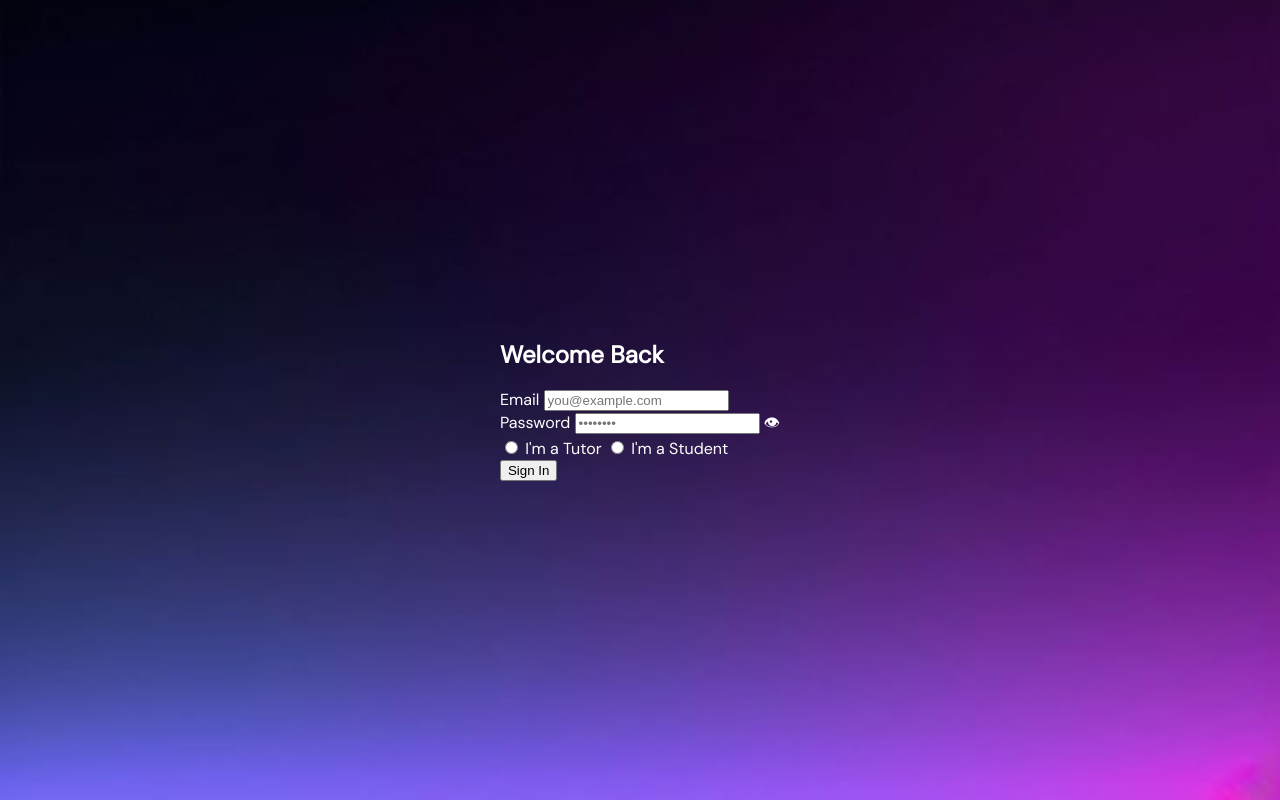
Repository: damndana/UIREN
Page: http://localhost/signin/
These files come from the project's save history. The page is drawn as it stood at one moment and after the next save; the edit follows.
The browser window is 1280 px wide. The pictures show the whole page.
The page is served by the project's application, run on Django 5.2 (manage.py).

Above is the page before, as saved 2025-03-28 23:17:43.

After the next save:
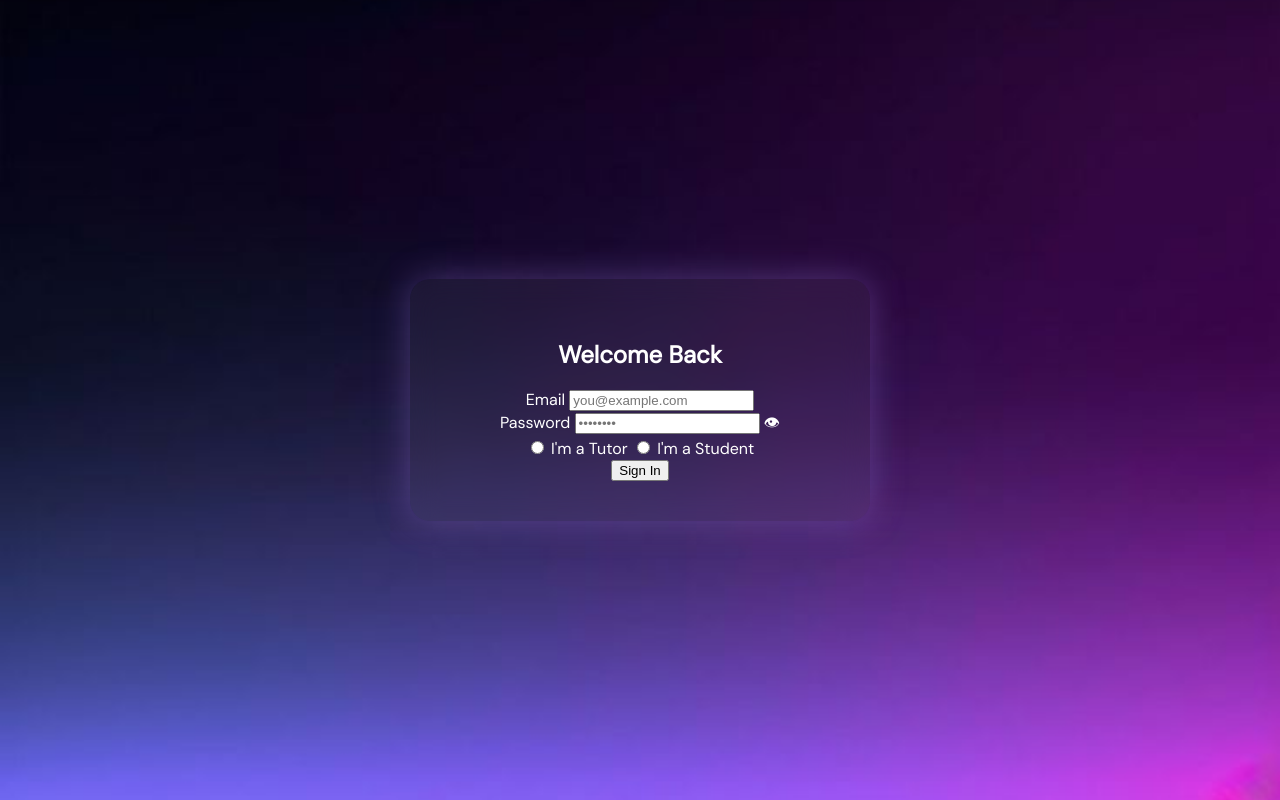
Saved 21 s later.
--- a/main/templates/signin.html
+++ b/main/templates/signin.html
@@ -10,7 +10,7 @@
 </head>
 <body class="signin-page-body" style="background: url('{% static 'animations/background.jpeg' %}') no-repeat center center; background-size: cover;">
 
-  <div class="signin-container">
+  <div class="signin-page-container">
     <h2 class="signin-title">Welcome Back</h2>
     <form method="POST" class="signin-form">
       {% csrf_token %}
